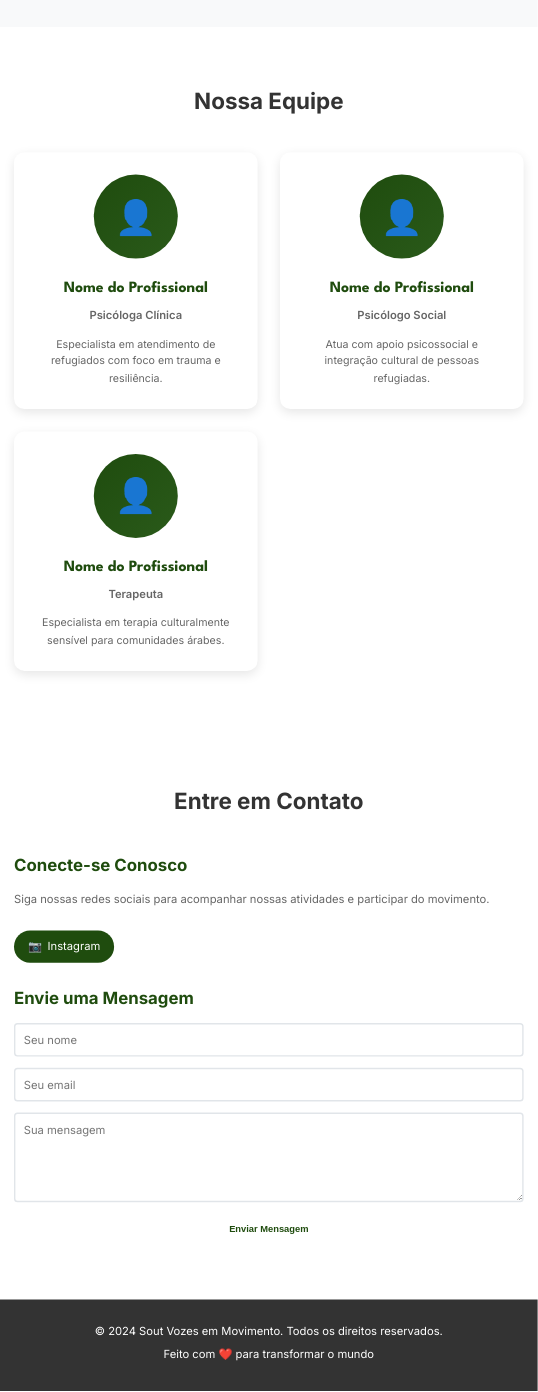
Repository: farukzahra/sout
Page: index.html
The author's editor kept a copy of each file at every save. The page is drawn from the files as they stood at one save, then again after the next save.
The browser window is 768 px wide. The pictures show the part of the page from y = 2598 to 4838 px (the page is 4586 px tall before and 4863 px after), at 70% of full size.
Some web fonts or font styles are not loaded; a fallback is used.

Above is the page before, as saved 2025-10-02 18:53:42.

After the next save:
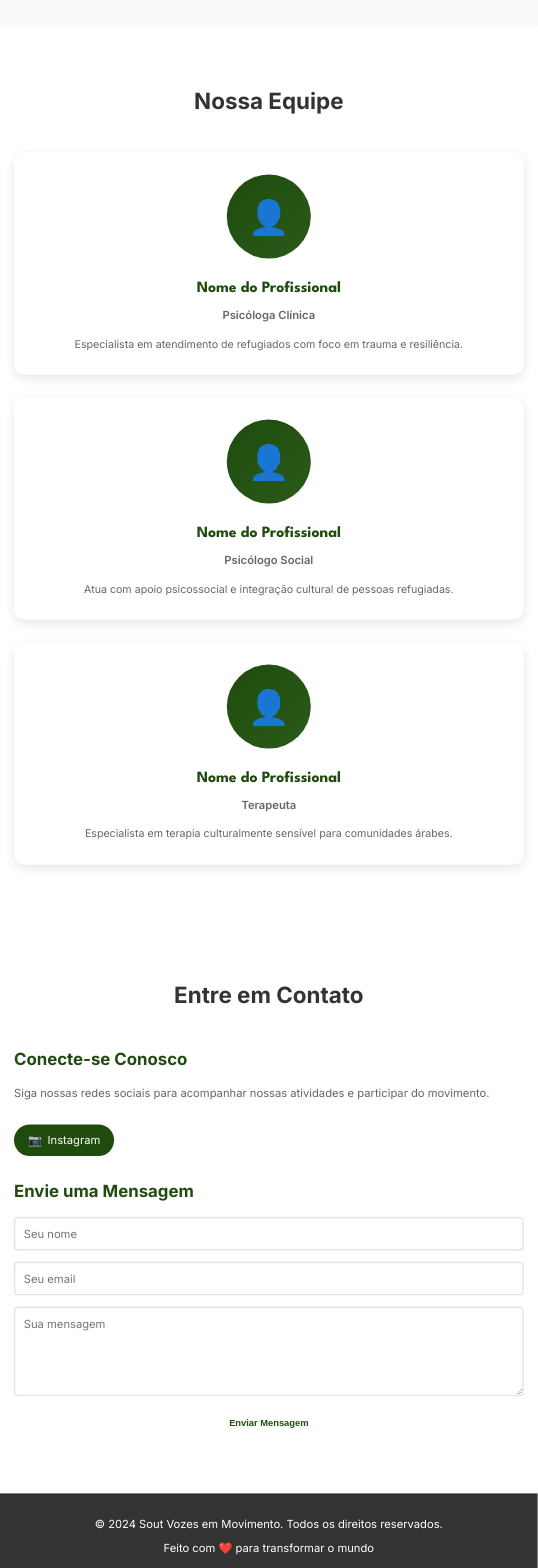
Saved 4 s later.
--- a/style.css
+++ b/style.css
@@ -408,6 +408,10 @@ body {
         grid-template-columns: 1fr;
     }
 
+    .team-grid {
+        grid-template-columns: 1fr;
+    }
+
     .section h2 {
         font-size: 2rem;
     }
